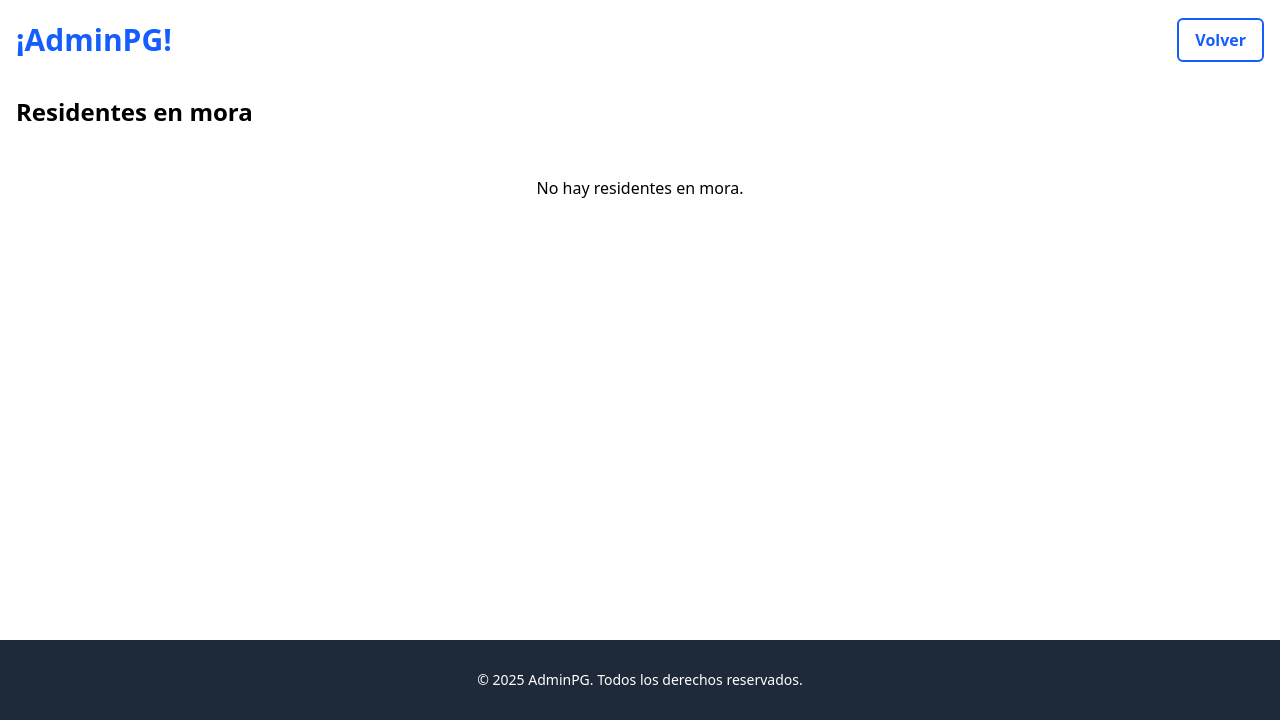
Repository: DeVelezz/AdminPG
Page: /mora (app in frontend/)
The author's editor kept a copy of each file at every save. The page is drawn from the files as they stood at one save, then again after the next save.
The browser window is 1280 px wide. The pictures show the whole page.
The page's requests for data from a server got no answer. The project was rebuilt for these pictures with package versions that can differ from the ones it lists, and the page was loaded fresh each time. Some packages were replaced by stand-ins written for this rebuild. No one was signed in, and anything a server would have sent is missing. Also part of the build but not shown: frontend/vite.config.js, frontend/src/components/ImgFondo.jsx, frontend/src/components/Form.jsx, frontend/src/services/useService.js, frontend/src/components/FormRegistro.jsx, frontend/src/components/SectionImg.jsx, frontend/src/components/PageRegistro.jsx, frontend/src/components/Index.jsx and 5 more.

Above is the page before, as saved 2025-09-21 21:29:51.

After the next save:
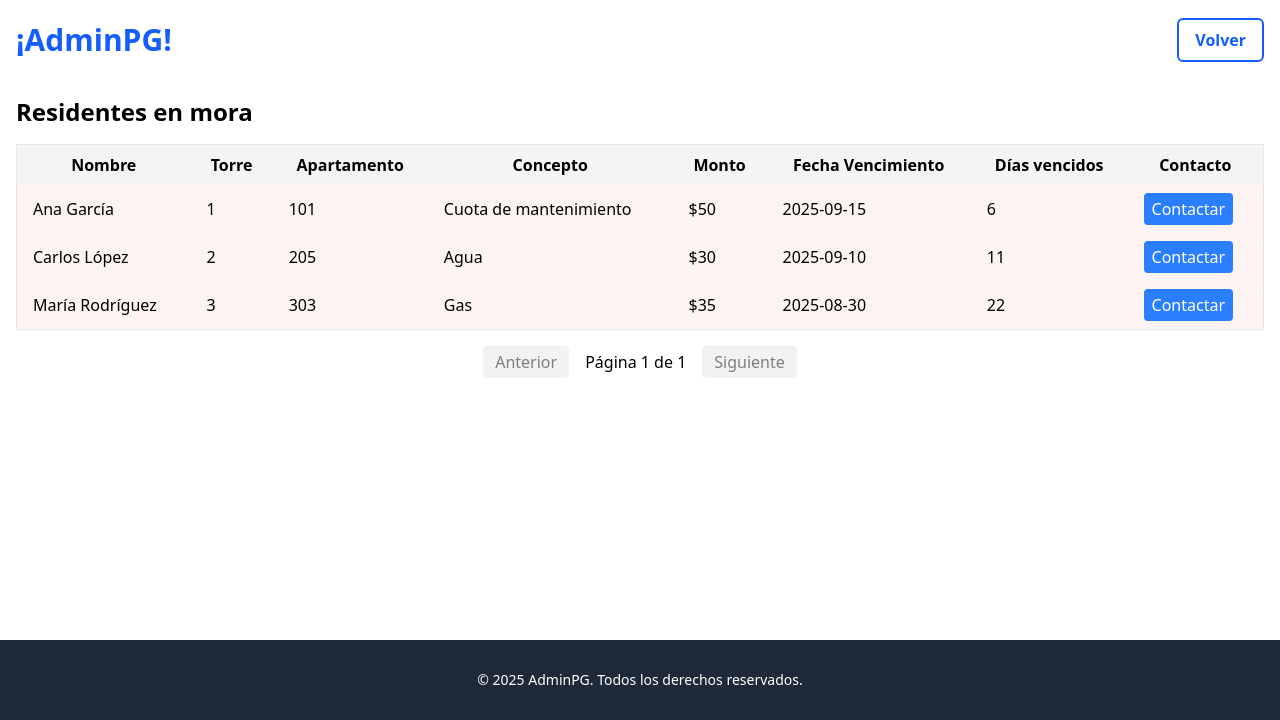
Saved 118 s later.
--- a/frontend/src/components/PageMora.jsx
+++ b/frontend/src/components/PageMora.jsx
@@ -21,7 +21,7 @@ export default function PageMora() {
         fetch("/api/residentes-mora")
             .then(res => res.json())
             .then(data => {
-                const procesados = data.map(residente =>
+                let procesados = data.map(residente =>
                     residente.servicios
                         .filter(servicio => !servicio.fechaPago)
                         .map(servicio => {
@@ -42,10 +42,38 @@ export default function PageMora() {
                             };
                         })
                 ).flat();
+                // Fallback temporal si la API responde vacío
+                if (procesados.length === 0) {
+                    procesados = [
+                        {
+                            key: 'demo1', nombre: 'Ana García', torre: '1', apartamento: '101', concepto: 'Cuota de mantenimiento', monto: 50, fechaVencimiento: '2025-09-15', diasVencimiento: -6, estado: 'Pendiente', telefono: '321-555-0101', email: 'ana.garcia@email.com'
+                        },
+                        {
+                            key: 'demo2', nombre: 'Carlos López', torre: '2', apartamento: '205', concepto: 'Agua', monto: 30, fechaVencimiento: '2025-09-10', diasVencimiento: -11, estado: 'Pendiente', telefono: '321-555-0205', email: 'carlos.lopez@email.com'
+                        },
+                        {
+                            key: 'demo3', nombre: 'María Rodríguez', torre: '3', apartamento: '303', concepto: 'Gas', monto: 35, fechaVencimiento: '2025-08-30', diasVencimiento: -22, estado: 'Pendiente', telefono: '321-555-0303', email: 'maria.rodriguez@email.com'
+                        }
+                    ];
+                }
                 setResidentesEnMora(procesados);
                 setLoading(false);
             })
-            .catch(() => setLoading(false));
+            .catch(() => {
+                // Si hay error, también mostrar datos de prueba
+                setResidentesEnMora([
+                    {
+                        key: 'demo1', nombre: 'Ana García', torre: '1', apartamento: '101', concepto: 'Cuota de mantenimiento', monto: 50, fechaVencimiento: '2025-09-15', diasVencimiento: -6, estado: 'Pendiente', telefono: '321-555-0101', email: 'ana.garcia@email.com'
+                    },
+                    {
+                        key: 'demo2', nombre: 'Carlos López', torre: '2', apartamento: '205', concepto: 'Agua', monto: 30, fechaVencimiento: '2025-09-10', diasVencimiento: -11, estado: 'Pendiente', telefono: '321-555-0205', email: 'carlos.lopez@email.com'
+                    },
+                    {
+                        key: 'demo3', nombre: 'María Rodríguez', torre: '3', apartamento: '303', concepto: 'Gas', monto: 35, fechaVencimiento: '2025-08-30', diasVencimiento: -22, estado: 'Pendiente', telefono: '321-555-0303', email: 'maria.rodriguez@email.com'
+                    }
+                ]);
+                setLoading(false);
+            });
     }, []);
 
     // Paginación
